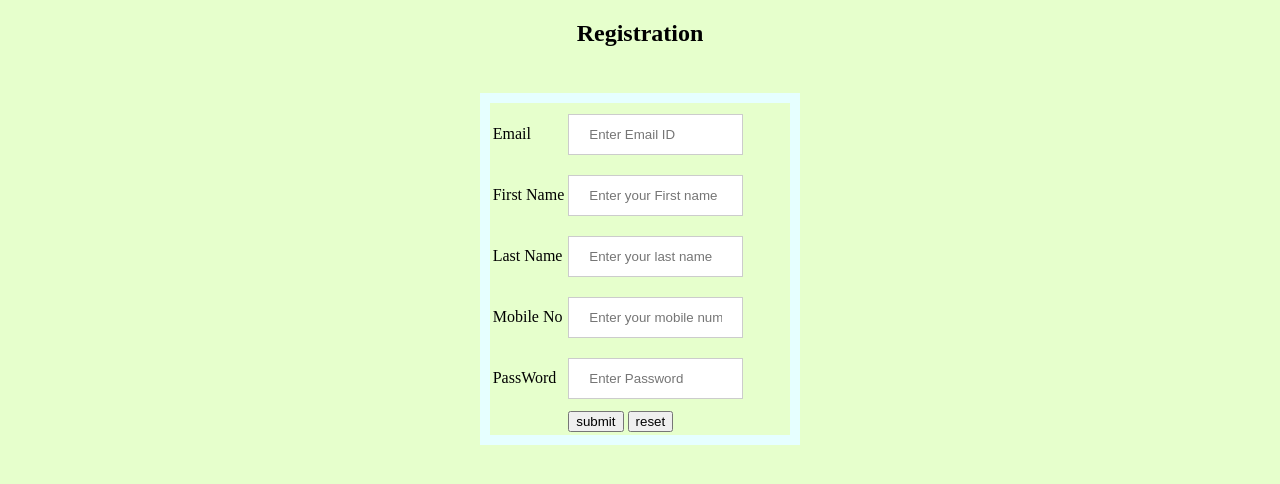
Repository: jagdishpatil18/JavaAdv
Page: Login_App/WebContent/signup.html
These files come from the project's save history. The page is drawn as it stood at one moment and after the next save; the edit follows.
The browser window is 1280 px wide. The pictures show the whole page.

Above is the page before, as saved 2017-04-28 06:38:09.

After the next save:
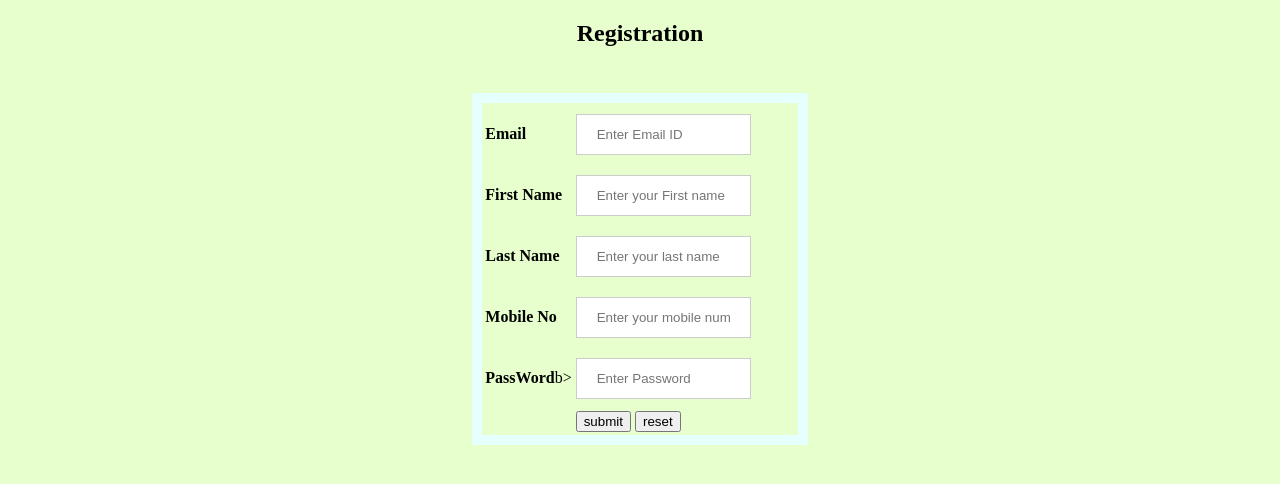
Saved 2 min 4 s later.
--- a/Login_App/WebContent/signup.html
+++ b/Login_App/WebContent/signup.html
@@ -34,23 +34,23 @@ input[type=text], input[type=password] {
 			<center>
 			<table >
 			 <tr>
-			   <td> Email </td>
+			   <td><b> Email</b> </td>
 			   <td><input type="text" placeholder="Enter Email ID" name="EmailId"></td>
 			   </tr>
 			  <tr>
-			   <td>First Name </td>
+			   <td><b>First Name </b></td>
 			   <td><input type="text" placeholder="Enter your First name" name="firstname"></td>
 			  </tr>
 			<tr>
-			<td>Last Name</td>
+			<td><b>Last Name</b></td>
 			<td> <input type="text" placeholder="Enter your last name" name="lastname"></td>
 			</tr>
 			<tr>
-			<td>Mobile No</td>
+			<td><b>Mobile No</b></td>
 			<td> <input type="text" placeholder="Enter your mobile number" name="mobileno""></td>
 			</tr>
 			<tr>
-				<td>PassWord</td>
+				<td><b>PassWord</b>b></td>
 				<td><input type="password" placeholder="Enter Password" name="password"></td>
 			</tr>
 			<tr><td><td><input type="submit" value="submit">
